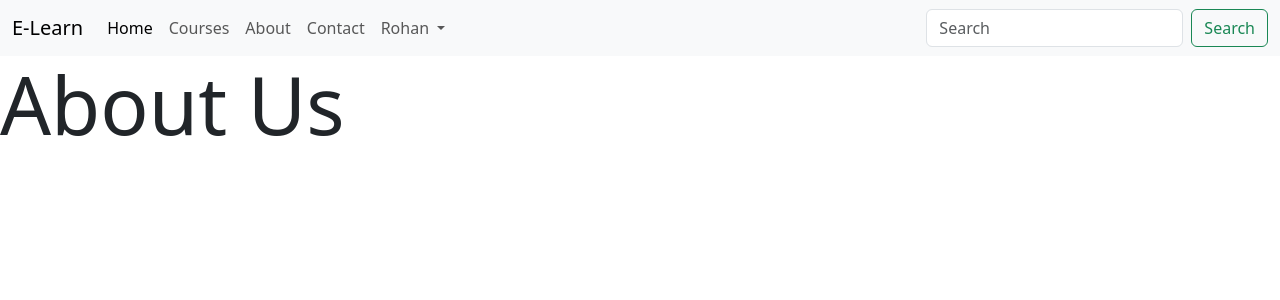
Repository: syni18/bootstrap_elarn
Page: About.html
These files come from the project's save history. The page is drawn as it stood at one moment and after a run of saves; the edit follows.
The browser window is 1280 px wide. The pictures show the whole page.

Above is the page before, as saved 2023-10-25 23:02:01.

After the next 2 saves:
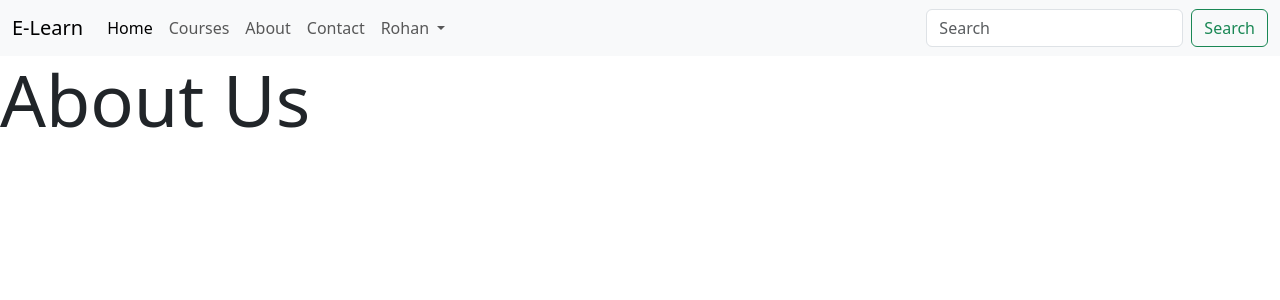
The 2 saves are shown as one change because they came seconds apart.
The last was saved 12 s later.
--- a/About.html
+++ b/About.html
@@ -47,7 +47,7 @@
   </div>
 </nav>
 <div>
-    <h1 class="display-1">About Us</h1>
+    <h2 class="display-2">About Us</h2>
 </div>
     <script src="https://cdn.jsdelivr.net/npm/bootstrap@5.3.2/dist/js/bootstrap.bundle.min.js" integrity="sha384-C6RzsynM9kWDrMNeT87bh95OGNyZPhcTNXj1NW7RuBCsyN/o0jlpcV8Qyq46cDfL" crossorigin="anonymous"></script>
   </body>
